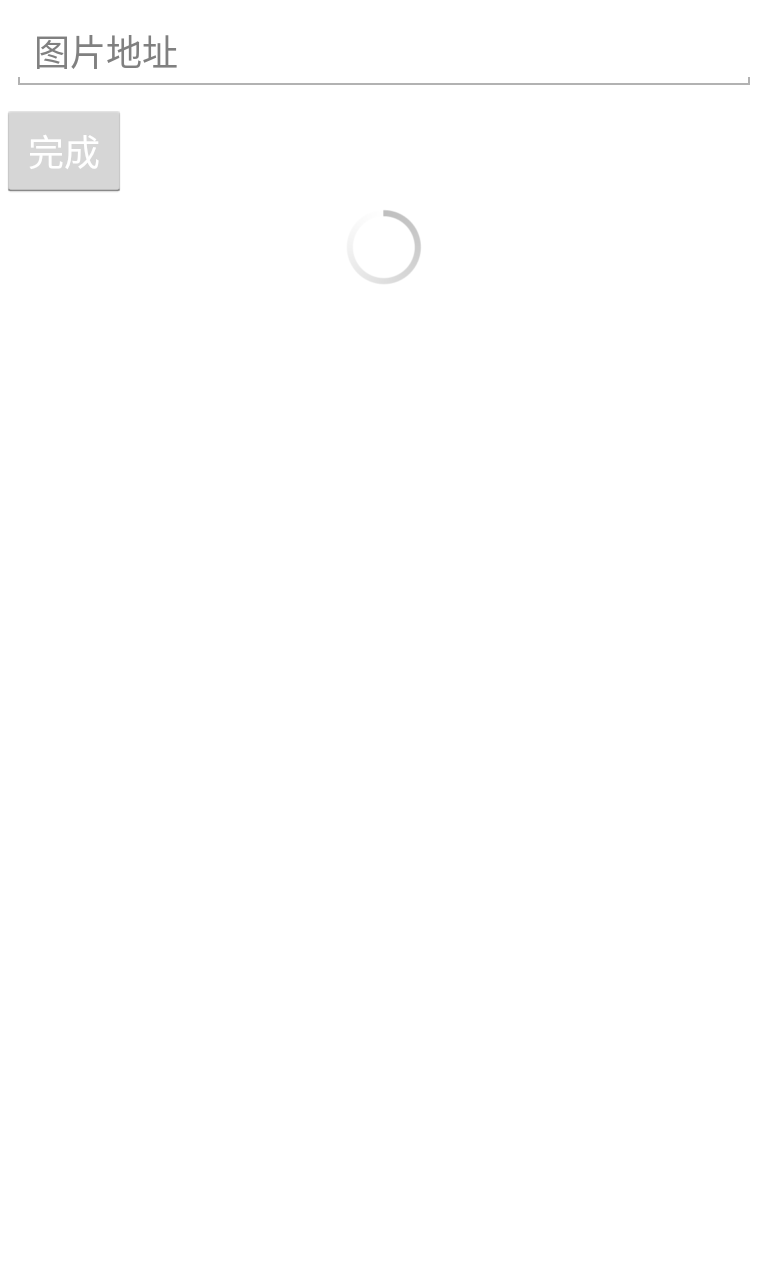
Repository: taiyang0725/Android
Layout: TestViewPage/res/layout/net_pic.xml
The author's editor kept a copy of each file at every save. The layout is drawn from the files as they stood at one save, then again after the next save.
It is drawn on a 768 x 1280 px phone screen (xhdpi) without system bars, with theme AppTheme; the app's code is not run.

Above is the layout before, as saved 2015-05-14 07:09:54.

### TestViewPage/res/layout/net_pic.xml
<?xml version="1.0" encoding="utf-8"?>
<LinearLayout xmlns:android="http://schemas.android.com/apk/res/android"
    android:layout_width="match_parent"
    android:layout_height="match_parent"
    android:orientation="vertical" >

    <EditText
        android:id="@+id/edt_net"
        android:layout_width="match_parent"
        android:layout_height="wrap_content"
        android:layout_margin="5dp"
        android:hint="图片地址"
        />
    <Button
        android:id="@+id/btn_net"
        android:layout_width="wrap_content"
        android:layout_height="wrap_content"
        android:text="完成"
        android:textColor="#FFFFFF"
        />

    <ProgressBar
        android:id="@+id/progressBar1"
        android:scrollbarStyle="insideInset"
        android:layout_width="match_parent"
        android:layout_height="wrap_content" />

    <ImageView
        android:id="@+id/img_net"
        android:layout_width="match_parent"
        android:layout_height="0dp"
        android:layout_weight="1"

        />



</LinearLayout>

### TestViewPage/res/values/styles.xml
<resources xmlns:android="http://schemas.android.com/apk/res/android">

    <!--
        Base application theme, dependent on API level. This theme is replaced
        by AppBaseTheme from res/values-vXX/styles.xml on newer devices.





    -->
    <style name="AppBaseTheme" parent="android:Theme.Light">
        <!--
            Theme customizations available in newer API levels can go in
            res/values-vXX/styles.xml, while customizations related to
            backward-compatibility can go here.





        -->
    </style>

    <!-- Application theme. -->
    <style name="AppTheme" parent="AppBaseTheme">
        <!-- All customizations that are NOT specific to a particular API-level can go here. -->
    </style>

    <style name="set_title">
        <item name="android:layout_width">match_parent</item>
        <item name="android:layout_height">40dp</item>
        <item name="android:orientation">horizontal</item>
    </style>

    <style name="set_layout">
        <item name="android:layout_width">0dp</item>
        <item name="android:layout_weight">1</item>
        <item name="android:layout_height">wrap_content</item>

    </style>

    <style name="set_txt">
        <item name="android:layout_width">wrap_content</item>
        <item name="android:layout_height">wrap_content</item>
        <item name="android:orientation">vertical</item>

    </style>

    <style name="set_btn">
        <item name="android:layout_width">35dp</item>
        <item name="android:layout_height">35dp</item>
    </style>

</resources>

Loaded but not shown: TestViewPage/res/values-v11/styles.xml (common file); TestViewPage/res/values-v14/styles.xml (common file)

After the next save:
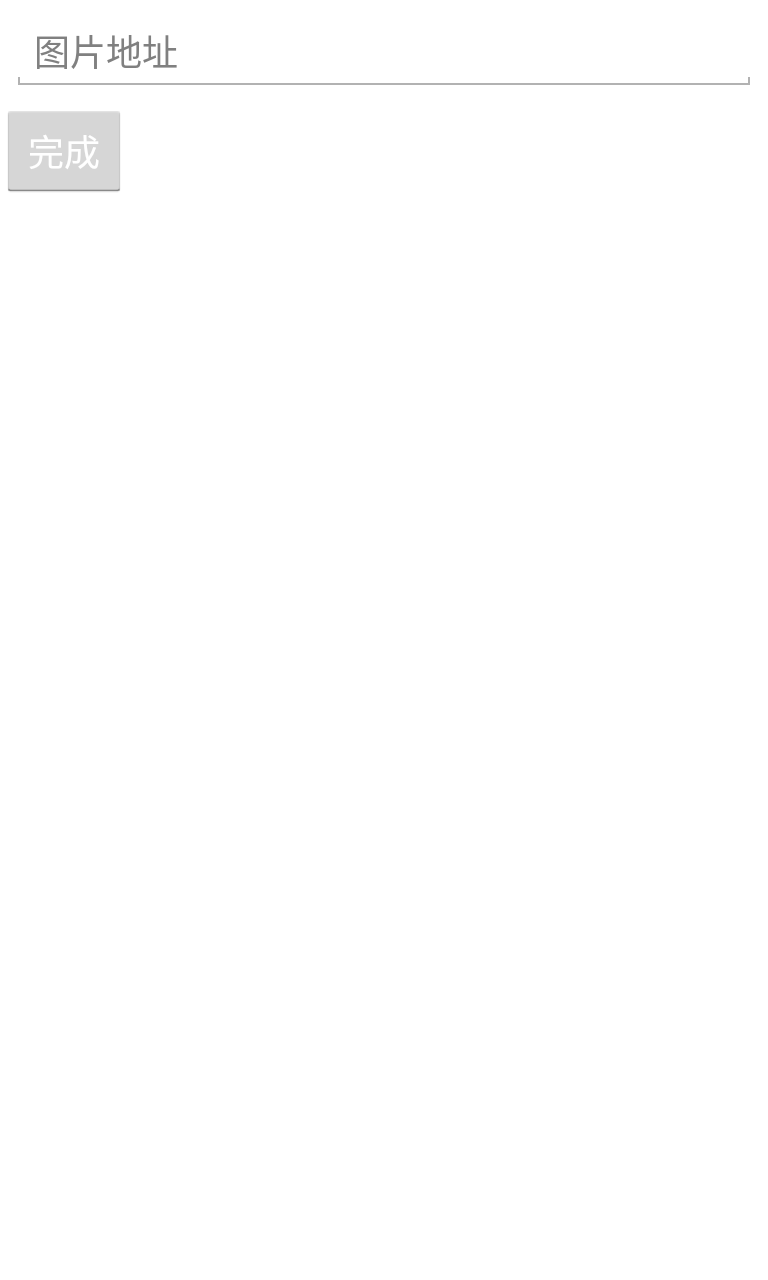
Saved 15 s later.
--- a/TestViewPage/res/layout/net_pic.xml
+++ b/TestViewPage/res/layout/net_pic.xml
@@ -19,11 +19,7 @@
         android:textColor="#FFFFFF"
         />
 
-    <ProgressBar
-        android:id="@+id/progressBar1"
-        android:scrollbarStyle="insideInset"
-        android:layout_width="match_parent"
-        android:layout_height="wrap_content" />
+
 
     <ImageView
         android:id="@+id/img_net"
